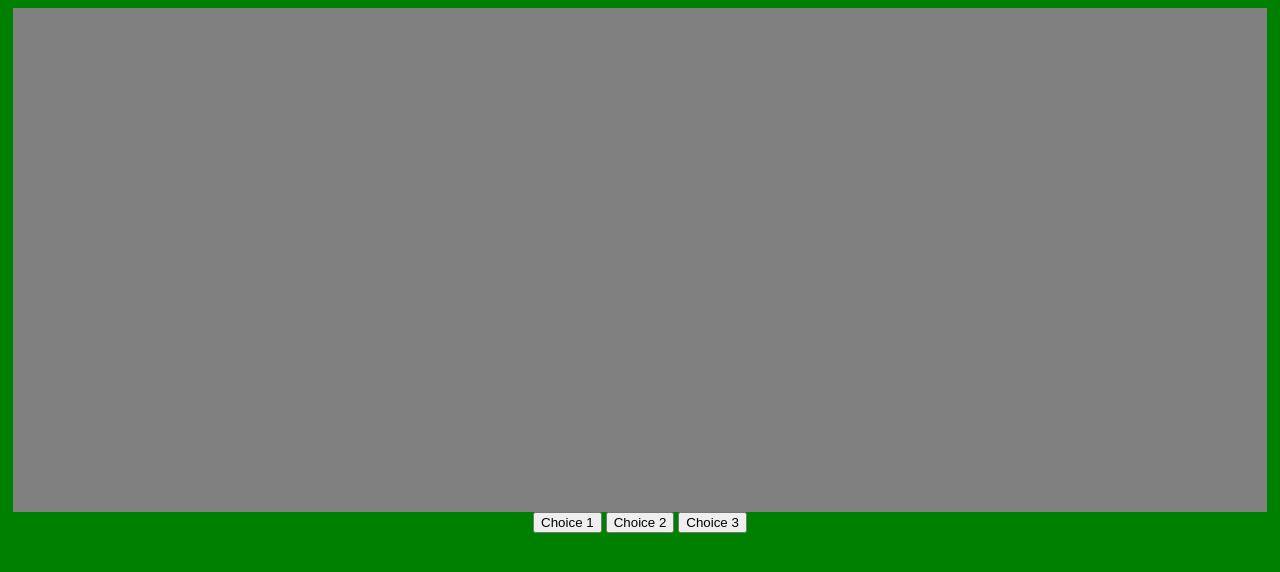
Repository: nguyenlejoe/Dynamic_notSoSherlock
Page: MultiChoice/MultiChoice.html
These files come from the project's save history. The page is drawn as it stood at one moment and after the next save; the edit follows.
The browser window is 1280 px wide. The pictures show the whole page.

Above is the page before, as saved 2020-03-05 18:26:15.

After the next save:
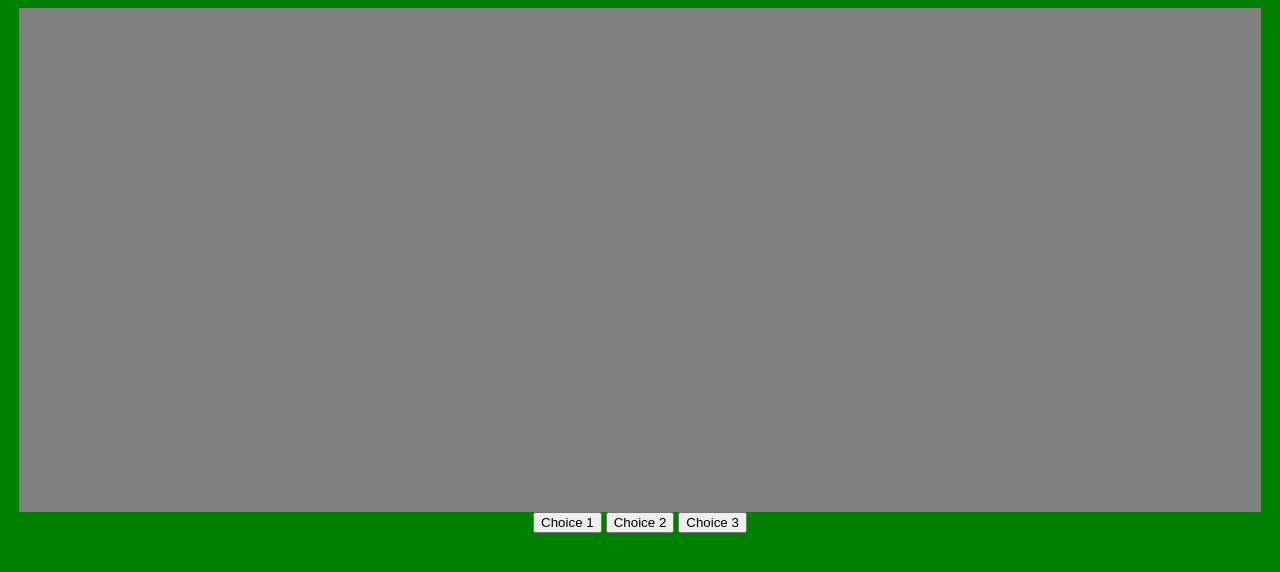
Saved 4 s later.
--- a/MultiChoice/MultiChoice.css
+++ b/MultiChoice/MultiChoice.css
@@ -9,6 +9,6 @@ body{
 
 #crimeScene{
     height: 70vh;
-    width: 98vw;
+    width: 97vw;
     background-color: grey;
 }
